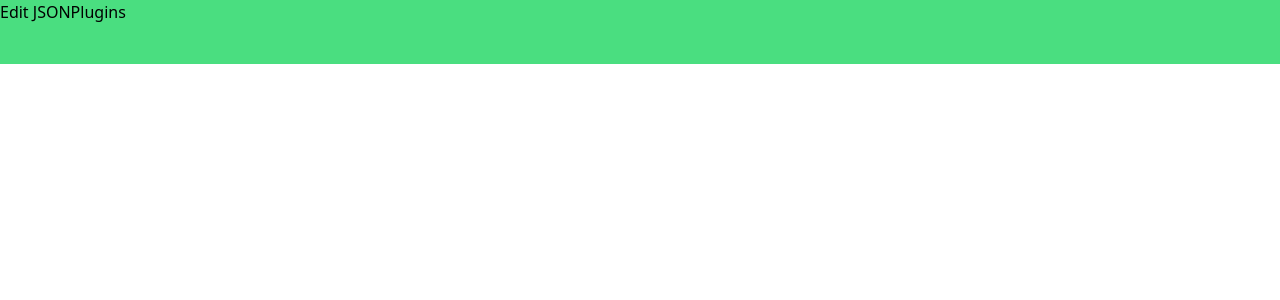
Repository: ShumilovMikhail/plugins-app
Page: / (app in app/frontend/)
The author's editor kept a copy of each file at every save. The page is drawn from the files as they stood at one save, then again after the next save.
The browser window is 1280 px wide. The pictures show the whole page.
The project was rebuilt for these pictures with package versions that can differ from the ones it lists, and the page was loaded fresh each time. Also part of the build but not shown: app/frontend/angular.json.

Above is the page before, as saved 2024-05-13 07:25:38.

After the next save:
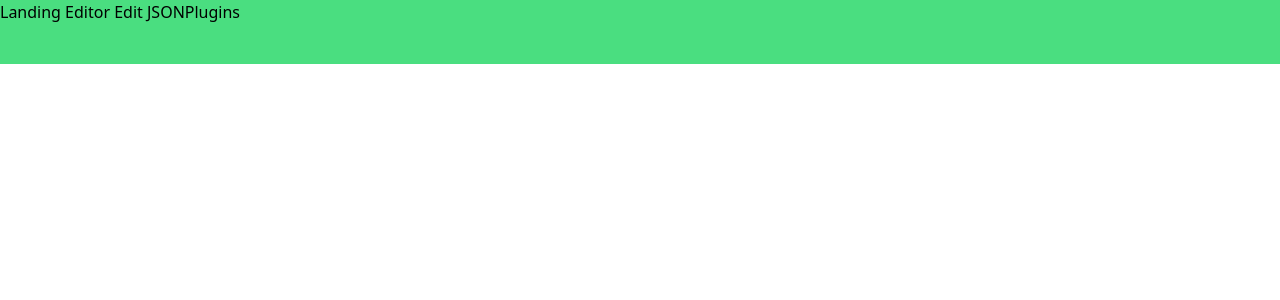
Saved 28 s later.
--- a/app/frontend/src/app/services/header.service.ts
+++ b/app/frontend/src/app/services/header.service.ts
@@ -4,5 +4,5 @@ import { Injectable, signal } from "@angular/core";
   providedIn: 'root'
 })
 export class HeaderService {
-  pageName = signal('');
+  pageName = signal('Landing Editor');
 };
